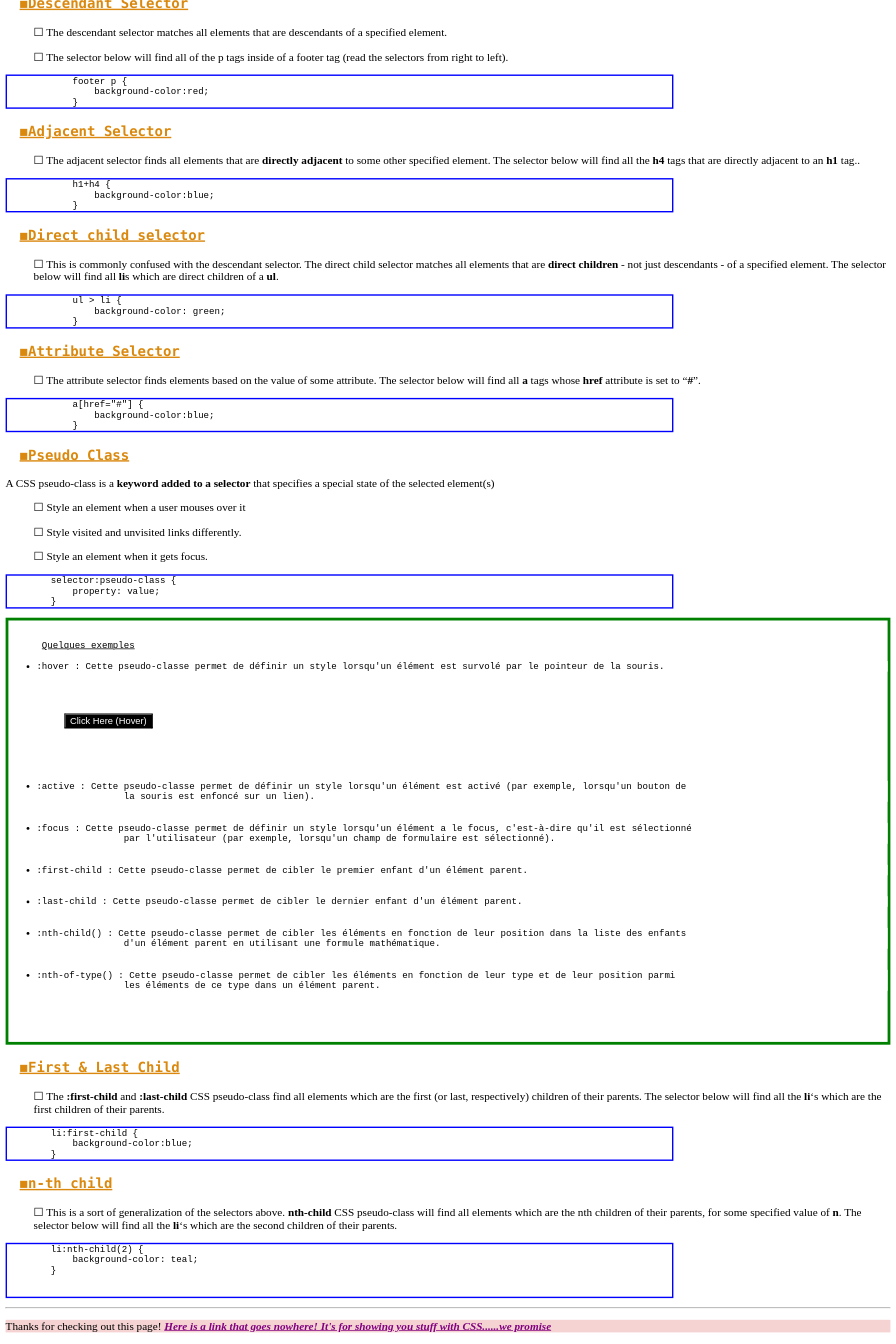
Repository: AnnaSpirit/Tests__
Page: CSS/Useful_Selectors.html
The author's editor kept a copy of each file at every save. The page is drawn from the files as they stood at one save, then again after the next save.
The browser window is 1280 px wide. The pictures show the part of the page from y = 748 to 2668 px (the page is 2668 px tall before and 2653 px after), at 70% of full size.

Above is the page before, as saved 2024-04-03 18:52:10.

After the next save:
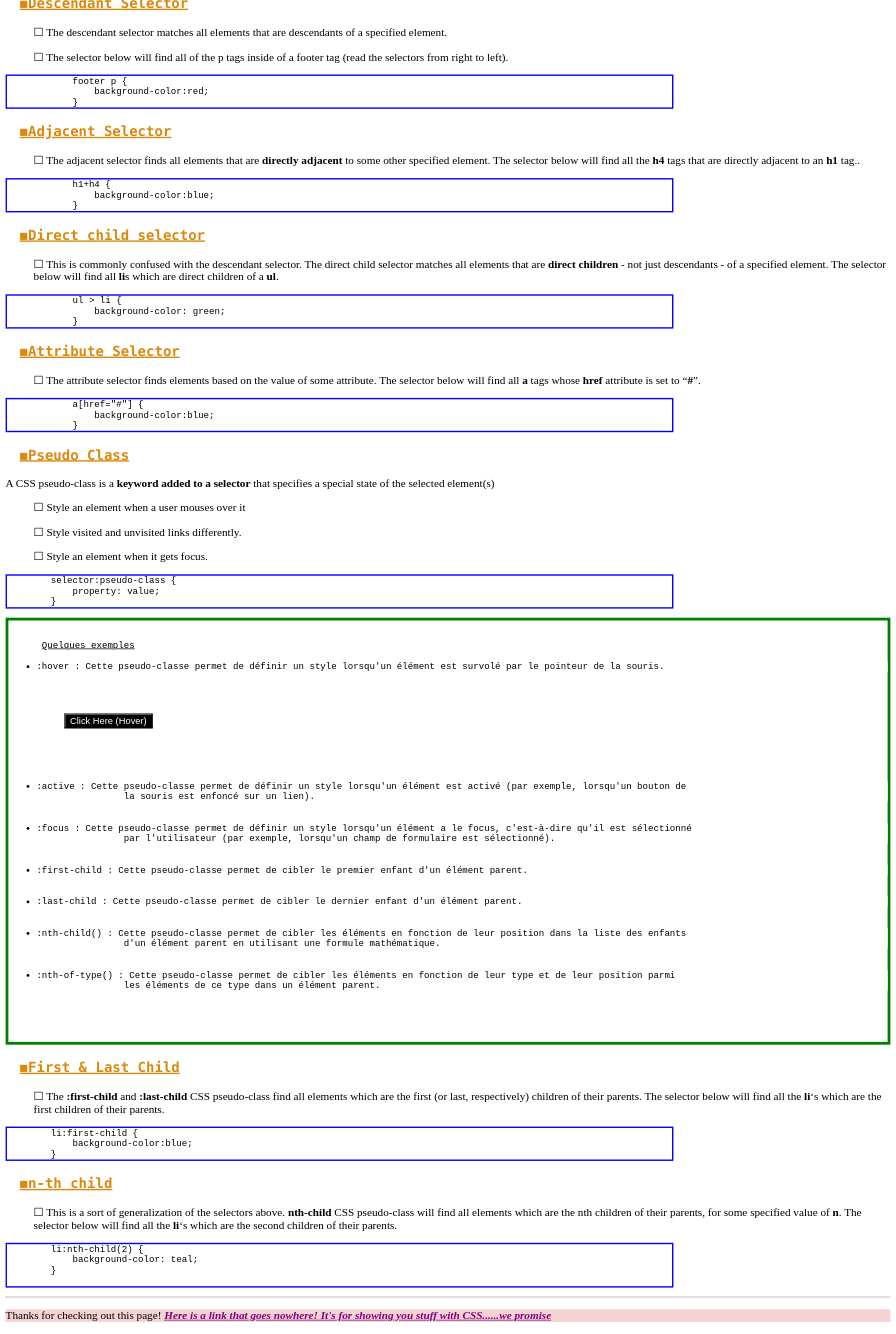
Saved 4 s later.
--- a/CSS/Useful_Selectors.html
+++ b/CSS/Useful_Selectors.html
@@ -151,8 +151,7 @@ développement web. -->
         <pre style="border: 2px solid blue; margin-right: 310px">
         li:nth-child(2) {
             background-color: teal;
-        }
-        <!-- Le saut de ligne apparait dans Firefox... -->
+        }<!-- Le saut de ligne apparait dans Firefox... -->
     </pre>
     </span>
     </section>
